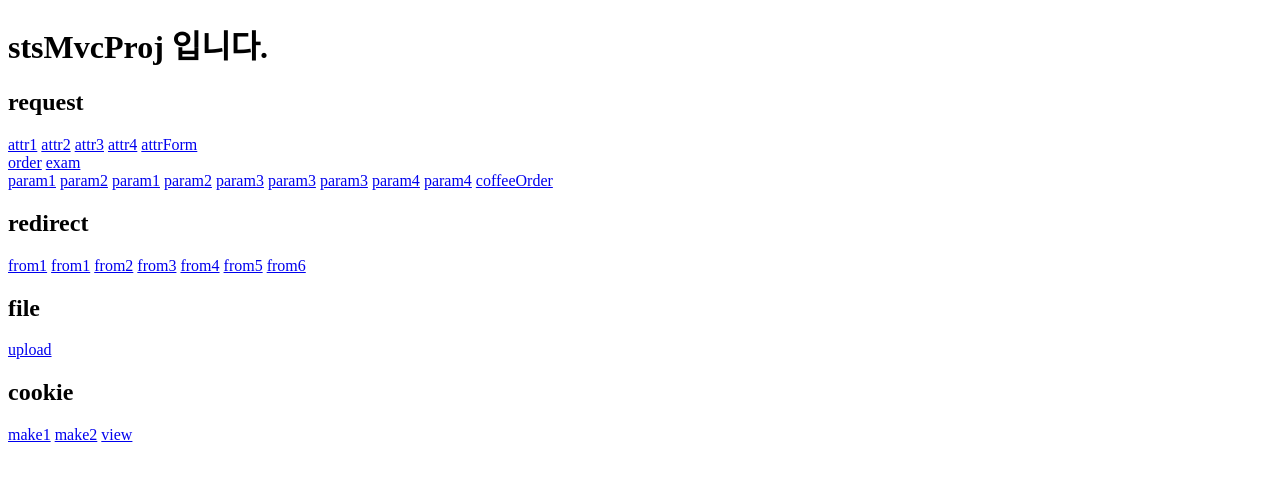
Repository: Yousehyeon/spring_work
Page: stsMvcProj/src/main/webapp/views/home.html
The author's editor kept a copy of each file at every save. The page is drawn from the files as they stood at one save, then again after the next save.
The browser window is 1280 px wide. The pictures show the whole page.

Above is the page before, as saved 2023-08-22 03:23:01.

### stsMvcProj/src/main/webapp/views/home.html
<!DOCTYPE html>
<html>
<head>
<meta charset="UTF-8">
<title>stsMvcProj</title>
</head>
<body>
<h1>stsMvcProj 입니다.</h1>
<h2>request</h2>
<a href="request/attr1">attr1</a>
<a href="request/attr2">attr2</a>
<a href="request/attr3">attr3</a>
<a href="request/attr4?age=33&nick=zxcv&jum=56&jum=59&jum=52&gender=mm&mil=true">attr4</a>
<a href="request/attrForm">attrForm</a>
<br/>
<a href="request/order">order</a>
<a href="request/exam">exam</a>
<br/>
<a href="request/param1?id=aaa&age=45&marriage=true">param1</a>
<a href="request/param2?id=bbb&age=34&marriage=true">param2</a>
<a href="request/param1?id=ccc">param1</a>
<a href="request/param2?id=ddd">param2</a>
<a href="request/param3?id=eee&age=27&marriage=true">param3</a>
<a href="request/param3?id=fff&aaa=23&mrg=true">param3</a>
<a href="request/param3?id=ggg">param3</a>
<a href="request/param4?id=hhh&aaa=28&mrg=true">param4</a>
<a href="request/param4?id=iii">param4</a>
<a href="request/coffee">coffeeOrder</a>
<h2>redirect</h2>
<a href="red/from1">from1</a>
<a href="red/from1?id=aaa&age=44&marriage=true">from1</a>
<a href="red/from2">from2</a>
<a href="red/from3">from3</a>
<a href="red/from4?id=ddd&age=25&marriage=false">from4</a>
<a href="red/from5?id=eee&age=27&marriage=false">from5</a>
<a href="red/from6?id=fff&age=31&marriage=true">from6</a>
<h2>file</h2>
<a href="file/upload">upload</a>
<h2>cookie</h2>
<a href="cookie/make1">make1</a>
<a href="cookie/make1">make2</a>
<a href="cookie/view">view</a>
</body>
</html>

After the next save:
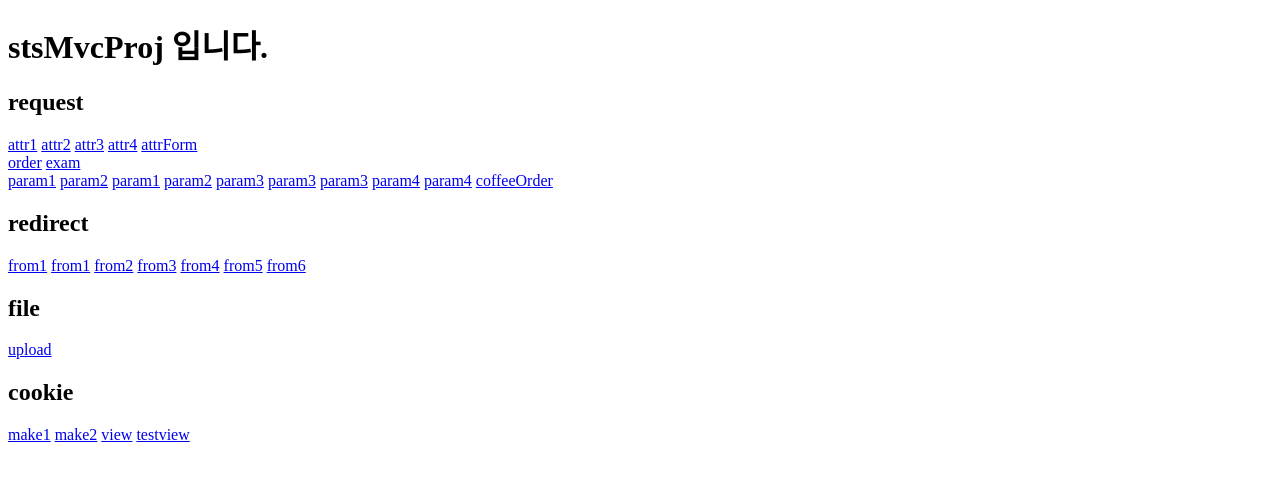
Saved 20 min 27 s later.
--- a/stsMvcProj/src/main/webapp/views/home.html
+++ b/stsMvcProj/src/main/webapp/views/home.html
@@ -40,5 +40,6 @@
 <a href="cookie/make1">make1</a>
 <a href="cookie/make1">make2</a>
 <a href="cookie/view">view</a>
+<a href="cookie/testview">testview</a>
 </body>
 </html>
